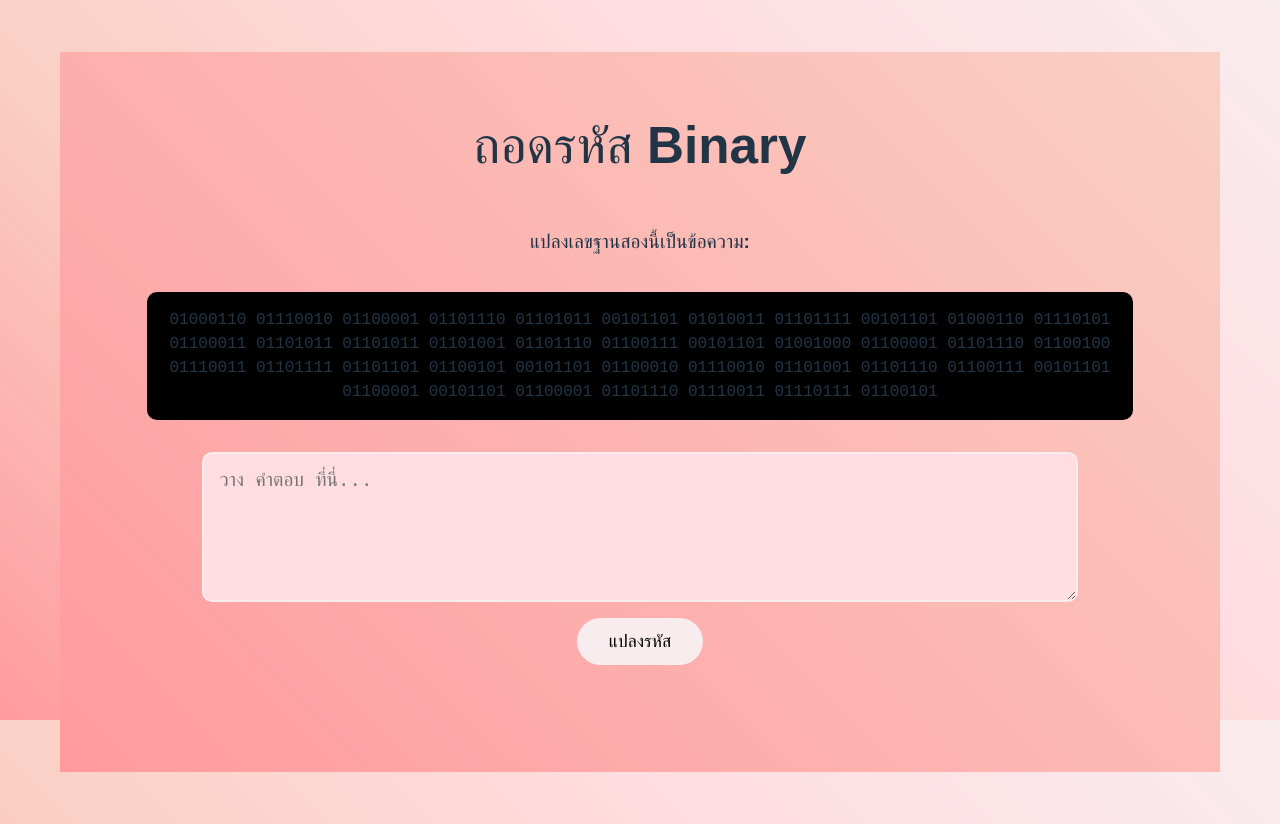
Repository: Jinwoo290350/Quiz_Fun
Page: /
An editor plug-in stored every save of this project. The page is shown before and after the next save, followed by the edit.
The browser window is 1280 px wide. The pictures show the whole page.
Backgrounds fixed to the window are drawn as part of the page. The project was rebuilt for these pictures with package versions that can differ from the ones it lists, and the page was loaded fresh each time. Also part of the build but not shown: vite.config.js.

Above is the page before, as saved 2025-02-05 22:24:08.

After the next save:
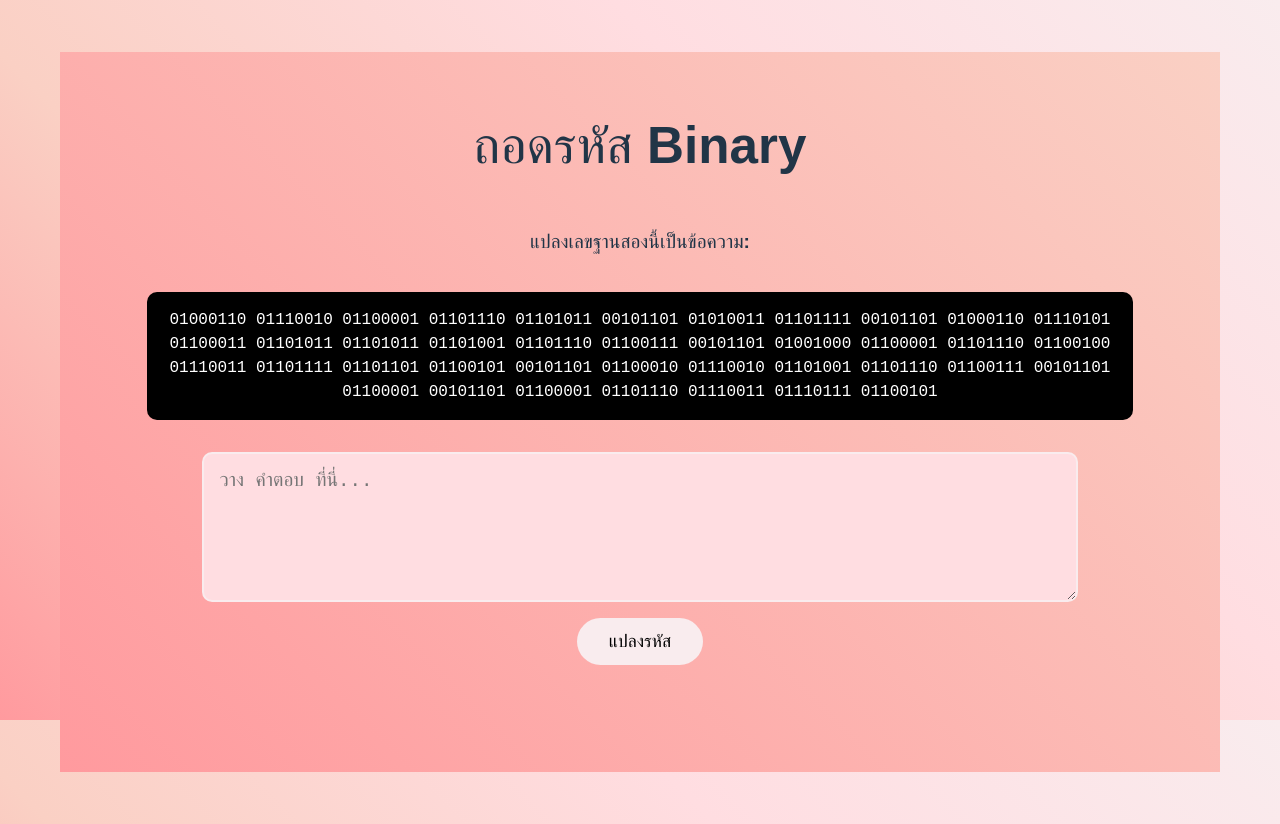
Saved 3 min 29 s later.
--- a/src/components/Ask.vue
+++ b/src/components/Ask.vue
@@ -8,6 +8,7 @@
       v-model="binaryInput"
       placeholder="วาง คำตอบ ที่นี่..."
       class="binary-input"
+      @input="resetResult"
     ></textarea>
     <button @click="convertBinary" class="convert-btn">แปลงรหัส</button>
 
@@ -16,6 +17,9 @@
       <transition name="fade">
         <div v-if="isCorrect" class="animation-text">
           ก็ทำได้นี้หว่า ~
+        </div>
+        <div v-else-if="isIncorrect" class="error-text">
+          ผิดนะ ลองใหม่อีกครั้ง
         </div>
       </transition>
     </div>
@@ -29,22 +33,58 @@ export default {
       binaryQuestion: '01000110 01110010 01100001 01101110 01101011 00101101 01010011 01101111 00101101 01000110 01110101 01100011 01101011 01101011 01101001 01101110 01100111 00101101 01001000 01100001 01101110 01100100 01110011 01101111 01101101 01100101 00101101 01100010 01110010 01101001 01101110 01100111 00101101 01100001 00101101 01100001 01101110 01110011 01110111 01100101',
       binaryInput: '',
       convertedText: '',
-      isCorrect: false
+      isCorrect: false,
+      isIncorrect: false,
+      correctAnswer: 'Frank-So-Fuckking-Handsome-bring-a-answer'
     }
   },
   methods: {
     convertBinary() {
+      // Trim whitespace and remove extra spaces
+      const cleanInput = this.binaryInput.trim().replace(/\s+/g, ' ');
+
       try {
-        const binaryArray = this.binaryInput.trim().split(/\s+/);
+        // Split and convert binary to text
+        const binaryArray = cleanInput.split(' ');
         this.convertedText = binaryArray
-          .map(bin => String.fromCharCode(parseInt(bin, 2)))
+          .map(bin => {
+            // Validate binary input
+            if (!/^[01]{8}$/.test(bin)) {
+              throw new Error('Invalid binary');
+            }
+            return String.fromCharCode(parseInt(bin, 2));
+          })
           .join('');
 
-        this.isCorrect = this.convertedText === 'Frank-So-Fuckking-Handsome-bring-a-answer';
+        // Check correctness
+        this.isCorrect = this.convertedText === this.correctAnswer;
+        this.isIncorrect = !this.isCorrect;
+
+        // Auto-clear on incorrect
+        if (this.isIncorrect) {
+          this.shakeErrorAnimation();
+          setTimeout(() => {
+            this.convertedText = '';
+            this.isIncorrect = false;
+          }, 2000);
+        }
       } catch (error) {
         this.convertedText = 'เกิดข้อผิดพลาดในการแปลง';
         this.isCorrect = false;
+        this.isIncorrect = true;
       }
+    },
+    resetResult() {
+      this.convertedText = '';
+      this.isCorrect = false;
+      this.isIncorrect = false;
+    },
+    shakeErrorAnimation() {
+      const input = document.querySelector('.binary-input');
+      input.classList.add('shake');
+      setTimeout(() => {
+        input.classList.remove('shake');
+      }, 500);
     }
   }
 }
@@ -58,14 +98,13 @@ export default {
   text-align: center;
   font-family: 'Kanit', sans-serif;
 }
-
 .question {
   font-size: 1.2rem;
   font-weight: bold;
 }
-
 .binary-question {
   background: #000000;
+  color: #ffffff;
   padding: 1rem;
   border-radius: 10px;
   display: inline-block;
@@ -74,7 +113,6 @@ export default {
   word-break: break-word;
   max-width: 90%;
 }
-
 .binary-input {
   width: 80%;
   height: 150px;
@@ -84,8 +122,8 @@ export default {
   border: 2px solid #f9ecee;
   border-radius: 10px;
   font-size: 1.2rem;
+  transition: all 0.3s;
 }
-
 .convert-btn {
   background: #f9ecee;
   padding: 0.8rem 2rem;
@@ -95,13 +133,11 @@ export default {
   font-size: 1.1rem;
   transition: all 0.3s;
 }
-
 .convert-btn:hover {
   transform: scale(1.05);
   background: #ff9a9e;
   color: white;
 }
-
 .result-box {
   margin: 2rem auto;
   padding: 1.5rem;
@@ -109,20 +145,30 @@ export default {
   border-radius: 15px;
   max-width: 600px;
 }
-
 .animation-text {
   font-size: 1.5rem;
   color: #ff9a9e;
   margin-top: 1rem;
   animation: jump 0.8s infinite;
 }
-
+.error-text {
+  font-size: 1.5rem;
+  color: #ff0000;
+  margin-top: 1rem;
+}
 @keyframes jump {
   0% { transform: translateY(0); }
   50% { transform: translateY(-10px); }
   100% { transform: translateY(0); }
 }
-
+@keyframes shake {
+  0%, 100% { transform: translateX(0); }
+  10%, 30%, 50%, 70%, 90% { transform: translateX(-10px); }
+  20%, 40%, 60%, 80% { transform: translateX(10px); }
+}
+.shake {
+  animation: shake 0.5s;
+}
 .fade-enter-active, .fade-leave-active {
   transition: opacity 0.5s;
 }
